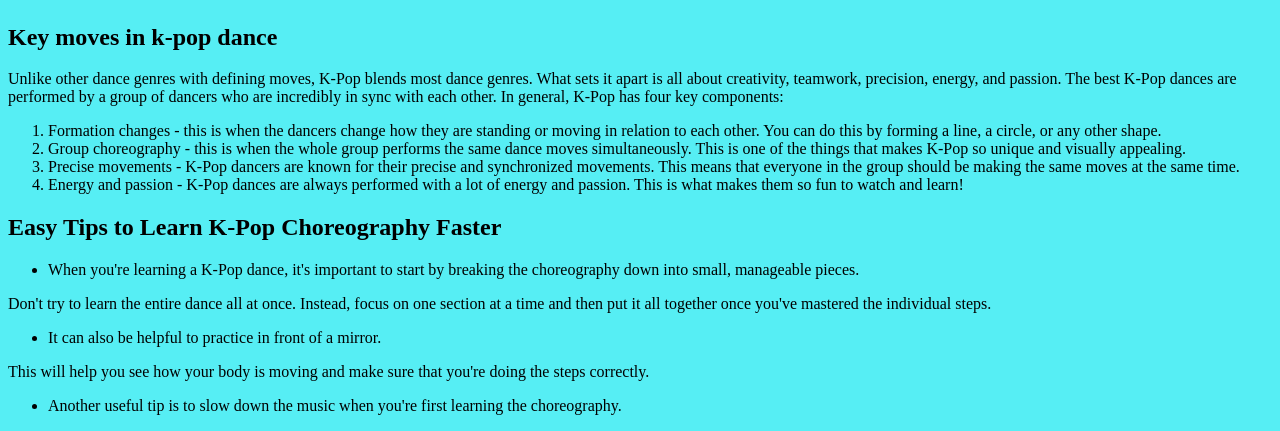
Repository: ivyexo/homework1
Page: index.html
These files come from the project's save history. The page is drawn as it stood at one moment and after the next save; the edit follows.
The browser window is 1280 px wide. The pictures show the part of the page from y = 1365 to 1862 px (the page is 1796 px tall before and 1862 px after).

Above is the page before, as saved 2023-02-04 19:10:15.

After the next save:
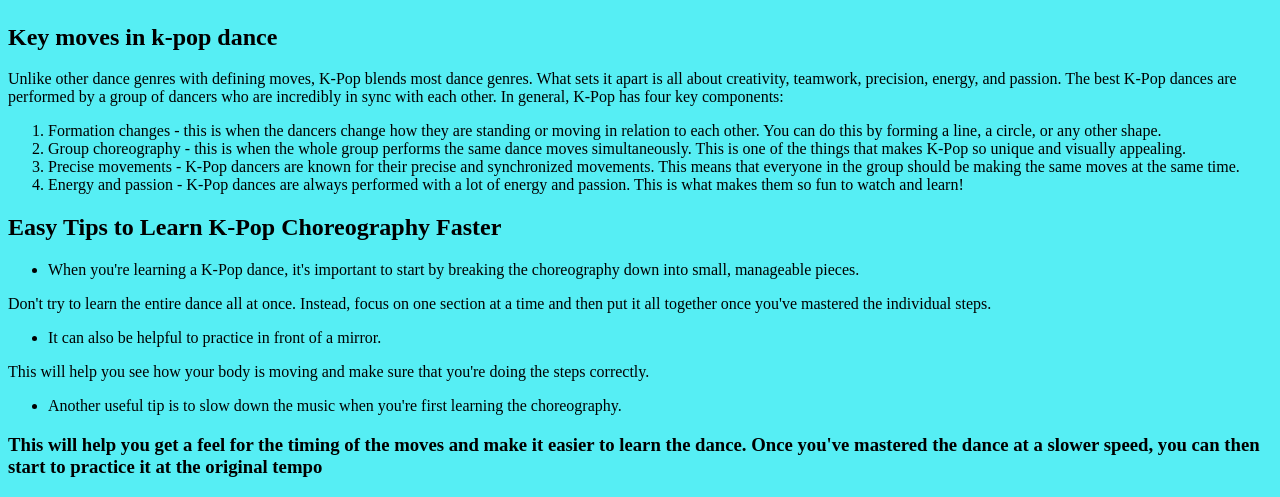
Saved 107 s later.
--- a/index.html
+++ b/index.html
@@ -103,6 +103,9 @@
     <ul>
       <li>Another useful tip is to slow down the music when you're first learning the choreography.</li>
     </ul>
+    <h3>This will help you get a feel for the timing of the moves and make it easier to learn the dance.
+
+Once you've mastered the dance at a slower speed, you can then start to practice it at the original tempo</h3>
 
     <!-- <div class="topnav">
   <a class="active" href="#home">Home</a>
